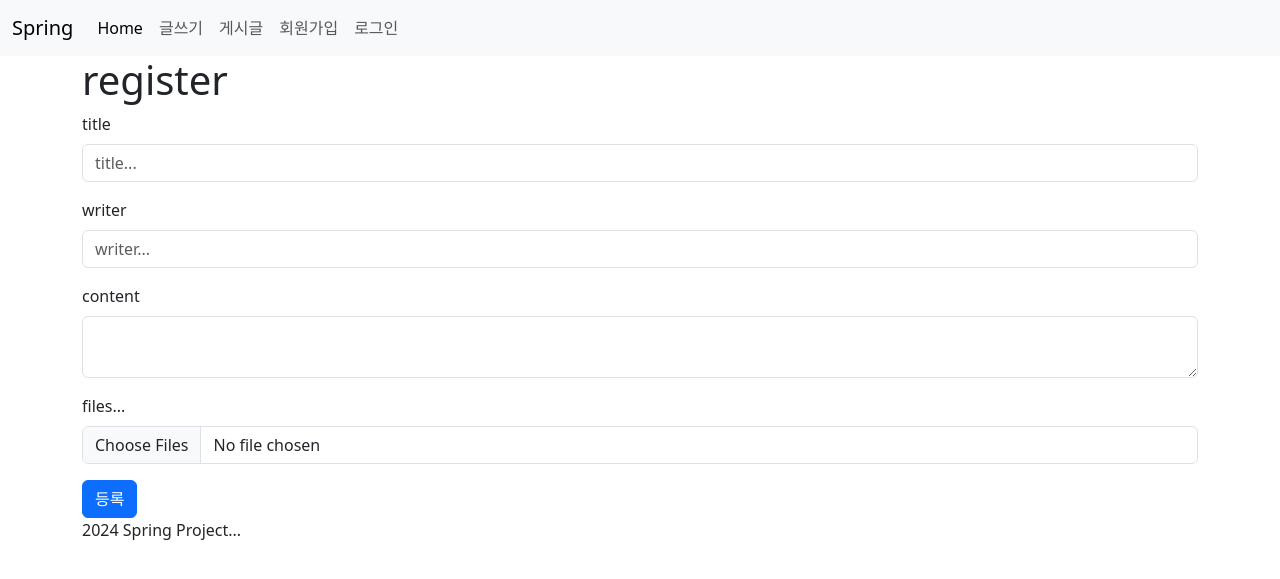
Repository: dlwpsdlwps/springTest240430
Page: http://localhost/spring_study/WEB-INF/views/board/register.jsp
An editor plug-in stored every save of this project. The page is shown before and after the next save, followed by the edit.
The browser window is 1280 px wide. The pictures show the whole page.
The page is served by Tomcat 9. Nobody is signed in. The template is opened directly, without the code that normally fills it, so the values that code supplies are empty.

Above is the page before, as saved 2024-04-29 01:33:29.

After the next save:
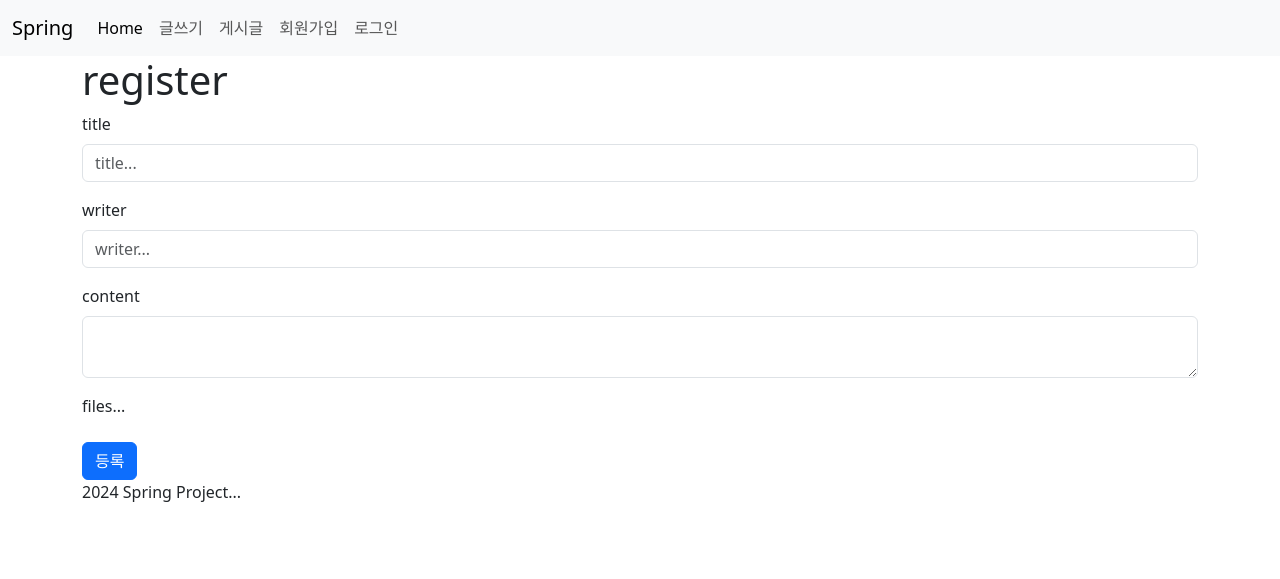
Saved 99 s later.
--- a/spring_study/src/main/webapp/WEB-INF/views/board/register.jsp
+++ b/spring_study/src/main/webapp/WEB-INF/views/board/register.jsp
@@ -20,7 +20,7 @@
 		<!-- 파일 입력 라인 추가 -->
 		<div class="mb-3">
 		  <label for="file" class="form-label">files...</label>
-		  <input type="file" class="form-control" name="files" id="file" multiple="multiple">
+		  <input type="file" class="form-control" name="files" id="file" multiple="multiple" style="display: none">
 		</div>
 
 		<button type="submit" class="btn btn-primary">등록</button>
